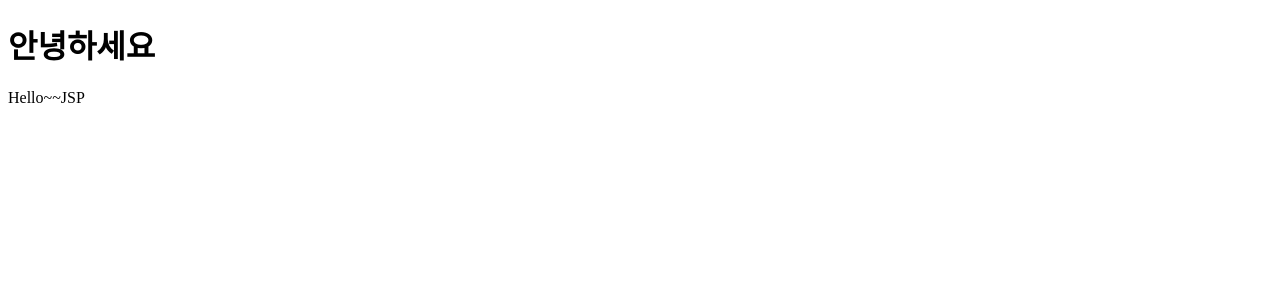
Repository: Yim-HaEun/servlet-jsp-workspace
Page: http://localhost/Join/register.jsp
These files come from the project's save history. The page is drawn as it stood at one moment and after the next save; the edit follows.
The browser window is 1280 px wide. The pictures show the whole page.
The page is served by Tomcat 9.

Above is the page before, as saved 2023-11-07 00:39:39.

### Join/src/main/webapp/register.jsp
<%@ page language="java" contentType="text/html; charset=EUC-KR"
    pageEncoding="EUC-KR"%>
<!DOCTYPE html>
<html>
<head>
<meta charset="EUC-KR">
<title>Insert title here</title>
</head>
<body>
<h1>안녕하세요</h1>
<%
String msg="Hello~~JSP";
out.println(msg);
%>
</body>
</html>

After the next save:
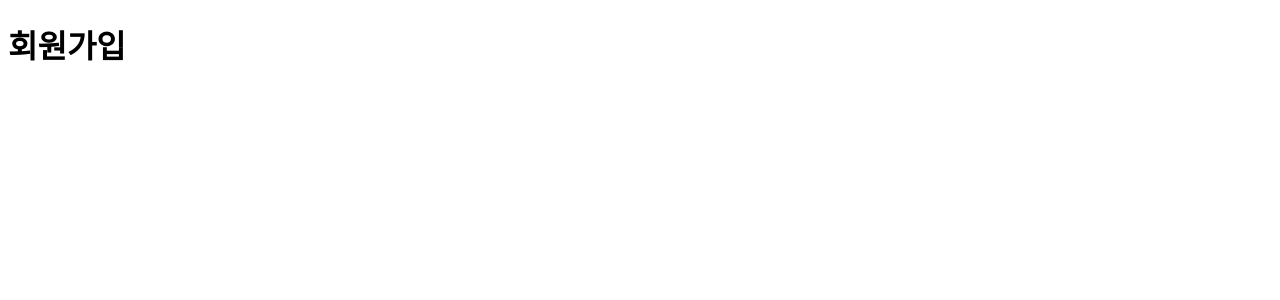
Saved 15 s later.
--- a/Join/src/main/webapp/register.jsp
+++ b/Join/src/main/webapp/register.jsp
@@ -7,10 +7,10 @@
 <title>Insert title here</title>
 </head>
 <body>
-<h1>안녕하세요</h1>
+<h1>회원가입</h1>
 <%
-String msg="Hello~~JSP";
-out.println(msg);
+//자바코드 작성공간
 %>
+
 </body>
 </html>
